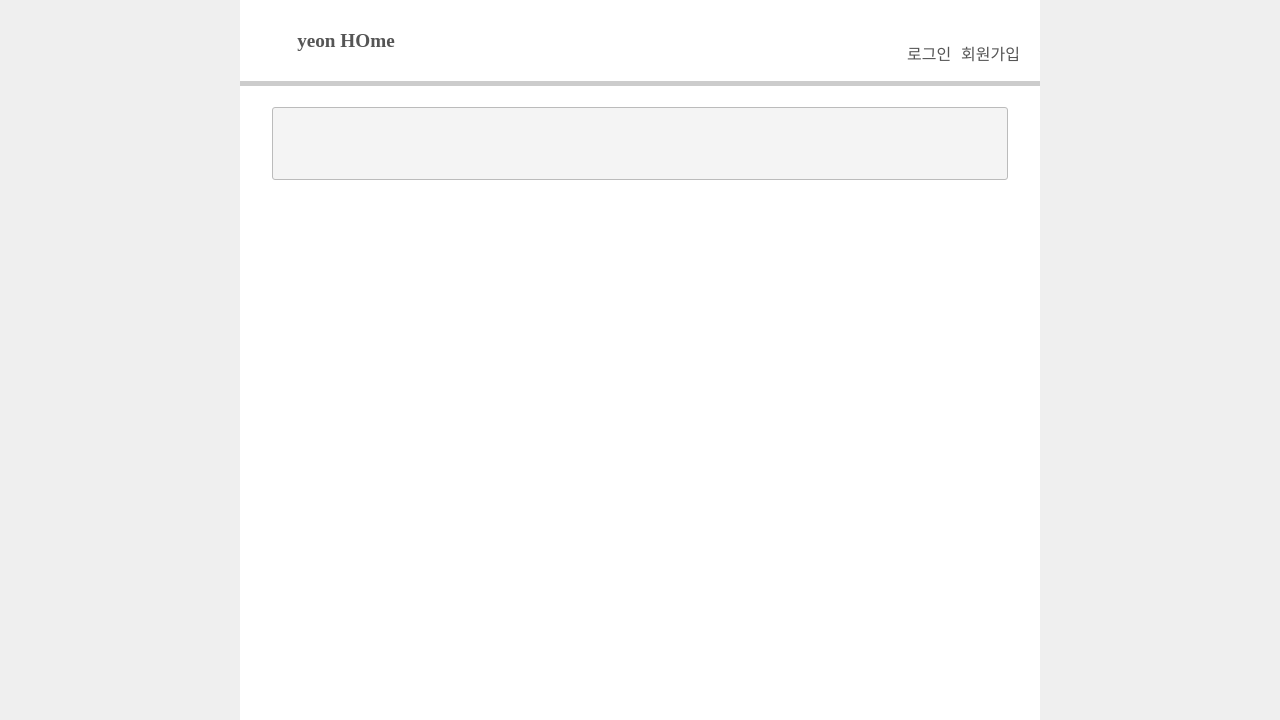
Repository: yeonhwa323/webPro
Page: webPro/src/main/webapp/jquery/days09/ex09.html
These files come from the project's save history. The page is drawn as it stood at one moment and after the next save; the edit follows.
The browser window is 1280 px wide. The pictures show the whole page.
Some web fonts or font styles are not loaded; a fallback is used.

Above is the page before, as saved 2024-04-17 07:25:52.

After the next save:
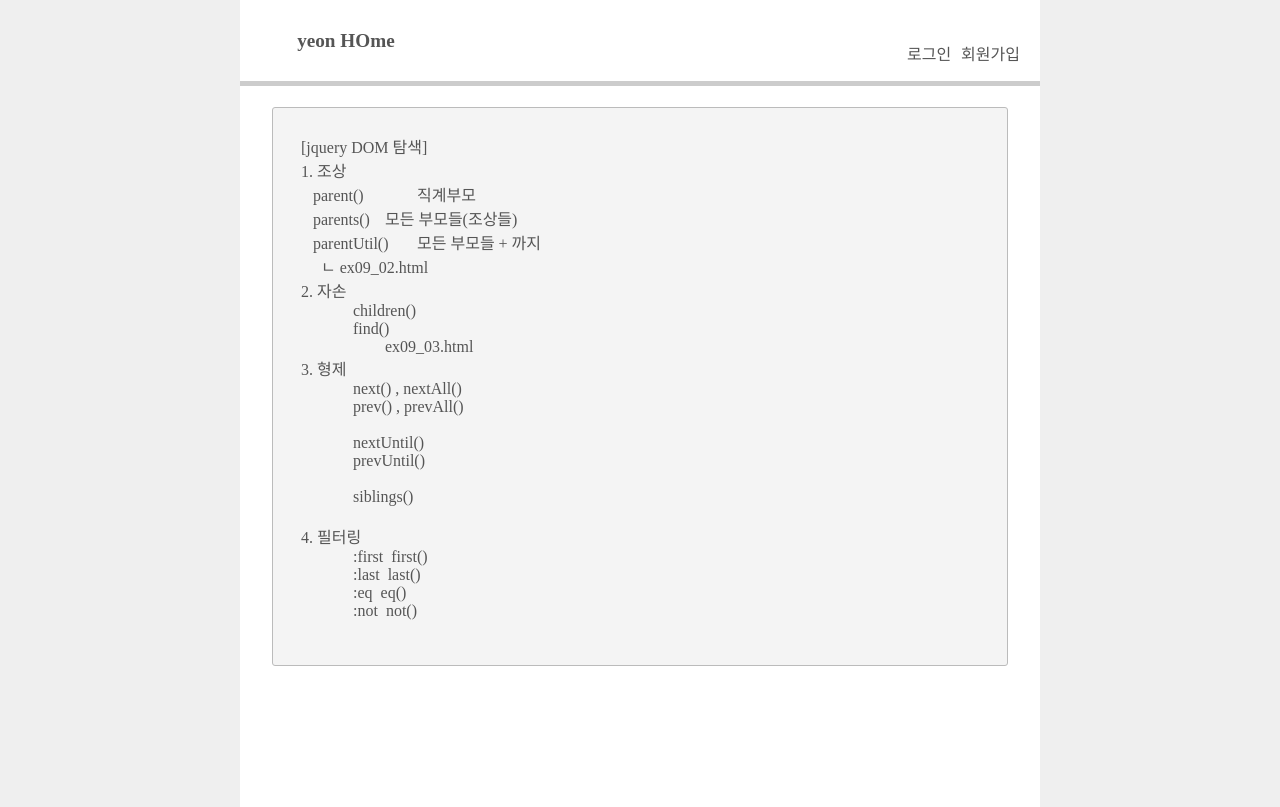
Saved 3 min 47 s later.
--- a/webPro/src/main/webapp/jquery/days09/ex09.html
+++ b/webPro/src/main/webapp/jquery/days09/ex09.html
@@ -24,8 +24,34 @@
 </header>
 <div>
   <xmp class="code">
+   [jquery DOM 탐색]
+   1. 조상
+      parent() 		직계부모
+      parents() 	모든 부모들(조상들)
+      parentUtil() 	모든 부모들 + 까지
+        ㄴ ex09_02.html
+   2. 자손
+   		children()
+   		find()
+   			ex09_03.html
+   3. 형제
+   		next() , nextAll()
+   		prev() , prevAll()
+
+   		nextUntil()
+   		prevUntil()
+
+   		siblings()
+
+   4. 필터링
+   		:first  first()
+   		:last  last()
+   		:eq  eq()
+   		:not  not()
 
   </xmp>
+
 </div>
+
 </body>
 </html>
